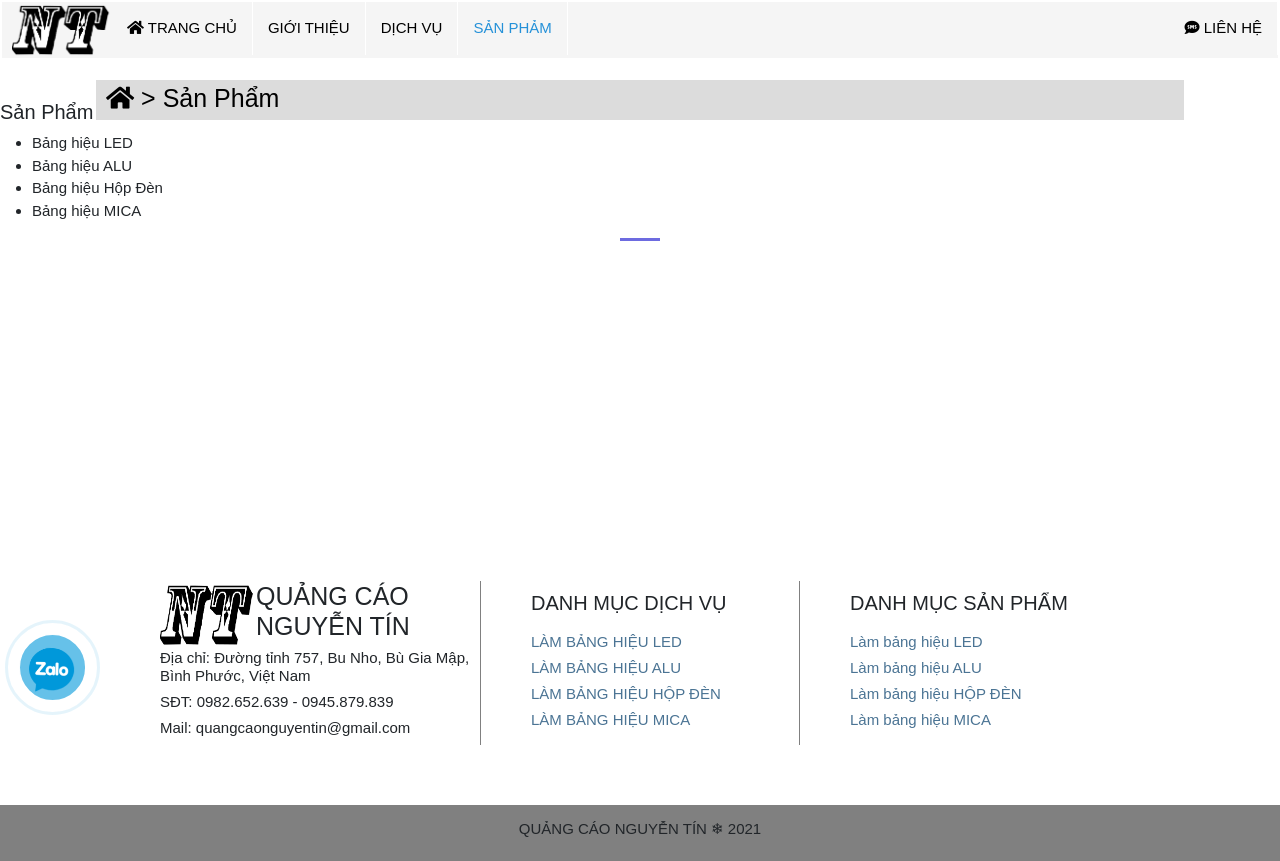
Repository: Haunguyen42193/quangcaonguyentin.github.io
Page: product.html
These files come from the project's save history. The page is drawn as it stood at one moment and after the next save; the edit follows.
The browser window is 1280 px wide. The pictures show the whole page.
Some web fonts or font styles are not loaded; a fallback is used. Some web libraries are served in a nearby version.

Above is the page before, as saved 2021-10-13 16:00:08.
Console error: ReferenceError: init is not defined

### product.html
<!DOCTYPE html>
<html lang="en">
<head>
    <meta charset="UTF-8">
    <meta http-equiv="X-UA-Compatible" content="IE=edge">
    <meta name="viewport" content="width=device-width, initial-scale=1.0">
    <meta http-equiv="refresh" content="18000"/>
    <title>Quảng Cáo Nguyễn Tín</title>
    <link rel="shotcut icon" href="images/logo2.png"/>
    <link
    rel="stylesheet"
    href="https://cdnjs.cloudflare.com/ajax/libs/animate.css/4.1.1/animate.min.css"
    />
    <!--carousel-->
    <link href="https://cdn.jsdelivr.net/npm/bootstrap@5.1.0/dist/css/bootstrap.min.css" rel="stylesheet" integrity="sha384-KyZXEAg3QhqLMpG8r+8fhAXLRk2vvoC2f3B09zVXn8CA5QIVfZOJ3BCsw2P0p/We" crossorigin="anonymous">
    <!--font awesome-->
    <link rel="stylesheet" href="https://pro.fontawesome.com/releases/v5.10.0/css/all.css" integrity="sha384-AYmEC3Yw5cVb3ZcuHtOA93w35dYTsvhLPVnYs9eStHfGJvOvKxVfELGroGkvsg+p" crossorigin="anonymous"/>
    <!--css-->
    <link rel="stylesheet" href="CSS/styleproduct.css"/>
    <!--font chữ-->
    <link rel="preconnect" href="https://fonts.googleapis.com">
    <link rel="preconnect" href="https://fonts.gstatic.com" crossorigin>
    <link href="https://fonts.googleapis.com/css2?family=K2D:wght@600&display=swap" rel="stylesheet">
    <!-- JavaScript Bundle with Popper -->
    <script src="https://cdn.jsdelivr.net/npm/bootstrap@5.1.0/dist/js/bootstrap.bundle.min.js" integrity="sha384-U1DAWAznBHeqEIlVSCgzq+c9gqGAJn5c/t99JyeKa9xxaYpSvHU5awsuZVVFIhvj" crossorigin="anonymous"></script>
    <!--Jquery-->
    <script src="Js/jquery-3.6.0.min.js"></script>
    <!--wowjs-->
    <script src="https://cdnjs.cloudflare.com/ajax/libs/wow/1.1.2/wow.min.js" integrity="sha512-Eak/29OTpb36LLo2r47IpVzPBLXnAMPAVypbSZiZ4Qkf8p/7S/XRG5xp7OKWPPYfJT6metI+IORkR5G8F900+g==" crossorigin="anonymous" referrerpolicy="no-referrer"></script>

</head>
<body onload="init()">
    <script src="Js/jsproduct.js"></script>
    <!--Menu-->
    <nav class="header-menu">
        <div class="menu">
            <div class="logo">
                <a href="homepage.html"><img src="images/logo2.png" alt="bang quang cao tiem" id="logotiem"/></a>
            </div>
            <ul>
                <li><a href="homepage.html"><i class="fas fa-home"></i> TRANG CHỦ</a></li>
                <li><a href="introduce.html">GIỚI THIỆU</a></li>
                <li class="sub"><a href="service.html">DỊCH VỤ</a>
                    <ul class="menu subcontent">
                        <li><a href="service.html#tab1" rel="service.html#LED">LÀM BẢNG HIỆU LED</a></li>
                        <li><a href="service.html#tab2" rel="service.html#ALU">LÀM BẢNG HIỆU ALU</a></li>
                        <li><a href="service.html#tab3" rel="service.html#Hd">LÀM BẢNG HIỆU HỘP ĐÈN</a></li>
                        <li><a href="service.html#tab4" rel="service.html#MICA">LÀM BẢNG HIỆU MICA</a></li>
                    </ul>
                </li>
                <li class="sub"><a href="product.html" class="chose">SẢN PHẢM</a>
                    <ul class="menu subcontent">
                        <li><a href="#">BẢNG HIỆU LED</a></li>
                        <li><a href="#">BẢNG HIỆU ALU</a></li>
                        <li><a href="#">BẢNG HIỆU HỘP ĐÈN</a></li>
                        <li><a href="#">BẢNG HIỆU MICA</a></li>
                    </ul>
                </li>
                <li><a href="contact.html"><i class="fas fa-sms"></i> LIÊN HỆ</a></li>
            </ul>
        </div>
    </nav>
    <!--page-->
    <section>
        <div class="page">
            <div>
                <a href="homepage.html" title="Trang chủ"><i class="fas fa-home"></i></a>
                <span>></span>
                <span class="move">Sản Phẩm</span>
            </div>
        </div>
    </section>
    <!--go to top-->
    <section>
        <div>
            <a id="goToTop" href="javascript:;"><i class="fas fa-chevron-up" title="GO TO TOP"></i></a>
        </div>
    </section>
    <!--zalo-->
    <section >
        <div class="zalo">
            <a href="https://zalo.me/0982652639" target="_blank"><img src="images/icon-zalo1.png"/></a>
        </div>
        <div class="zalo-circle"></div>
        <div class="zalo-circle-small"></div>
    </section>

    <!--product-->
    <section class="product">
        <div class="product-menu">
            <h5>Sản Phẩm</h5>
            <ul>
                <li>Bảng hiệu LED</li>
                <li>Bảng hiệu ALU</li>
                <li>Bảng hiệu Hộp Đèn</li>
                <li>Bảng hiệu MICA</li>
            </ul>
        </div>
        <div class="line"></div>
    </section>

    <!--foot-contact-->
    <section>
        <div class="foot-contacts">
          <div class="foot-contact">
            <img src="images/logo2.png" alt="logo" class="foot-logo" />
            <h1>QUẢNG CÁO NGUYỄN TÍN</h1>
            <h2>Địa chỉ: Đường tỉnh 757, Bu Nho, Bù Gia Mập, Bình Phước, Việt Nam</h2>
            <h2>SĐT: 0982.652.639 - 0945.879.839</h2>
            <h2>Mail: quangcaonguyentin@gmail.com</h2>
          </div>
          <div class="foot-service">
            <div class="foot-service-title">
              <h1>DANH MỤC DỊCH VỤ</h1>
            </div>
            <h2><a href="service.html#tab1" rel="service.html#LED">LÀM BẢNG HIỆU LED</a></h2>
            <h2><a href="service.html#tab2" rel="service.html#ALU">LÀM BẢNG HIỆU ALU</a></h2>
            <h2><a href="service.html#tab3" rel="service.html#Hd">LÀM BẢNG HIỆU HỘP ĐÈN</a></h2>
            <h2><a href="service.html#tab4" rel="service.html#MICA">LÀM BẢNG HIỆU MICA</a></h2>
          </div>
          <div class="foot-product">
            <div class="foot-service-title">
              <h1>DANH MỤC SẢN PHẨM</h1>
            </div>
            <h2><a href="#">Làm bảng hiệu LED</a></h2>
            <h2><a href="#">Làm bảng hiệu ALU</a></h2>
            <h2><a href="#">Làm bảng hiệu HỘP ĐÈN</a></h2>
            <h2><a href="#">Làm bảng hiệu MICA</a></h2>
          </div>
        </div>
    </section>
    <!--foot-->
    <div class="web-foot">
        <h2>QUẢNG CÁO NGUYỄN TÍN &#10052 2021</h2>
    </div>
</body>
</html>

### CSS/styleproduct.css
body {
    font-family: 'K2D', sans-serif;
    font-size: 15px;
    background-color: white;
    background-repeat: no-repeat;
    background-attachment: fixed;
    /* background:linear-gradient( #F18D9E, #E6D72A, #5BC8AC, #98DBC6); */
}
/*menu*/
.header-menu{
    width:100%;
    background-color: whitesmoke;
    padding-left: 10px;
    border: 2px solid white;
    position: fixed;
    z-index:99;
    top:0;
    left:0;

}
img#logotiem{
    width:100px;
    float:left;
}
div.menu > ul{
    display:flex;
    /* justify-content: center;
    align-items: center; */
}
div.menu ul{
    list-style-type: none;
    margin: 0;
    padding:0;
    background-color: whitesmoke;
}
div.menu ul li:last-child{
    margin-left: auto;
}
.subcontent{
    display:none;
    background: linear-gradient(gray, rgb(224, 222, 222));
}
.sub:hover .subcontent{
    display: block;
    position:absolute;
    width: 230px;
}

div.menu ul li{
    margin-bottom: 0px;
    position:relative;
    border-right: 1px solid white;
}

div.menu ul li a::before{
    content: '';
     position: absolute;
     bottom: -7px;
     left: 0px;
     width: 100%;
     height: 5px;
     background-color: #0cacdd;
     border-radius: 8px 8px 0 0;
     opacity: 0;
     transition: 0.3s;
}

div.menu ul li a:hover:before{
    opacity: 1;
    bottom:0;
}
div.menu ul li a{
    text-decoration: none;
    display: block;
    padding: 15px;
}
a:link{
    color:black;
}
a:visited{
    color:black;
}
a:hover{
    background-color: rgb(37, 32, 32);
    color: #2591d8;
}
a:active{
    color:rgb(35, 23, 201);
}

.subcontent::before{
    content: " ";
    border-width: 10px;
    border-style: solid;
    border-color:transparent transparent gray transparent;
    position: absolute;
    bottom: 100%;
    left:15%;
}
.chose{
    color: #2591d8 !important;
}
/*gototop*/
#goToTop {
    position: fixed;
    font-size: 30px;
    border-radius: 50%;
    z-index: 99;
    padding: 0 10px;
    border: 2px solid red;
    color: red;
    opacity: 0.5;
    right: 10px;
    bottom: 10px;
}
/*zalo*/
.zalo{
    position: fixed;
    z-index: 999;
    left: 29px;
    bottom: 28px;
    width: 3.5%;
}
.zalo-circle{
    position: fixed;
    z-index: 998;
    left: 15px;
    bottom: 15px;
    width: 75px;
    height: 75px;
    border: 20px solid #0098da;
    border-radius: 50%;
    opacity: 0;
    animation: zalo-ring-circle 2s infinite ease-out;
}
.zalo-circle-small{
    position: fixed;
    z-index: 998;
    left: 5px;
    bottom: 5px;
    width: 95px;
    height: 95px;
    border: 3px solid #0098da;
    border-radius: 50%;
    opacity: 0;
    animation: zalo-ring-circle-small 2s infinite ease-out;
}
.zalo img{
    width: 100%;
    animation:zalo-ring 1s infinite ease-in-out;
}
.zalo > a:hover{
    background-color: transparent;
}
@keyframes zalo-ring{
    0%{
        transform:rotate(0) scale(1) skew(1deg)
    }
    10%{
        transform:rotate(-25deg) scale(1.05) skew(1deg)
    }
    20%{
        transform:rotate(25deg) scale(1) skew(1deg)
    }
    30%{
        transform:rotate(-25deg) scale(1.05) skew(1deg)
    }
    40%{
        transform:rotate(25deg) scale(1) skew(1deg)
    }
    50%{
        transform:rotate(0) scale(1) skew(1deg)
    }
    100%{
        transform:rotate(0) scale(1) skew(1deg)
    }
}
@keyframes zalo-ring-circle{
    0%{
        transform: scale(0.8); opacity: 0.6;
    }
    50%{
        transform: scale(1); opacity: 0.6;
    }
    100%{
        transform: scale(0.8); opacity: 0.6;
    }
}
@keyframes zalo-ring-circle-small{
    0%{
        transform: scale(0.8); opacity: 0.6;
    }
    50%{
        transform: scale(1); opacity: 0.3;
    }
}
/*foot contact*/
.foot-contacts {
    display: flex;
    position: relative;
    top: 400px;
    justify-content: center;
}
.foot-contacts h2{
    font-size: 15px;
}
.foot-contact {
    display: flex;
    width: 350px;
    flex-wrap: wrap;
    width: 25%;
}
.foot-logo{
    width:30%;
}
.foot-contact h1{
    width: 50%;
    font-size: 25px;
}
.foot-service{
    position: relative;
    border-right: 1px solid gray;
    width:25%;
    padding: 0 50px;
    border-left: 1px solid gray;
}
.foot-product{
    position: relative;
    width: 25%;
    padding: 0 50px;
}
.foot-service-title h1{
    font-size: 20px;
    padding-bottom: 10px;
    padding-top: 10px;
}
.foot-contacts a{
    text-decoration: none;
}
.foot-contacts a:link{
    color: #4b7494;
}
.foot-contacts a:visited{
    color: #4b7494;
}
.foot-contacts a:hover{
    color: #0c0e0f;
    background-color: white;
}
.foot-contacts a:active{
    color: #124c79;
}
/*web foot*/
.web-foot{
    background-color: gray;
    position: relative;
    top: 400px;
    padding: 15px;
    margin-top: 60px;
}
.web-foot > h2{
    text-align: center;
    font-size: 15px;
}
/*page*/
.page{
    color: black;
    position: relative;
    top: 80px;
    width: 85%;
    margin: auto;
    height: 40px;
    background-color: gainsboro;
    font-size: 25px;
}
.page div{
    padding-left: 10px;
}
.page a:hover{
    background-color: transparent;
    color: black;
}
.line{
    height: 3px;
    background-color: rgb(109, 107, 224);
    width: 40px;
    margin: 0 auto;
}
/*product*/
.product{
    position: relative;
    top: 60px;
}

### Js/jsproduct.js
$(document).ready(function() {
    wow = new WOW({
        boxClass:     'wow',      // default
        animateClass: 'animate__animated', // default
        offset:       0,          // default
        mobile:       true,       // default
        live:         true        // default
    })
    wow.init();
    $("#goToTop").hide()
    $(window).scroll(function() {

        if($(this).scrollTop() >= 90){
            $("#goToTop").show("slow");
        }
        else{
            $("#goToTop").hide("slow");
        }
    })
    $("#goToTop").click(function() {
        $("html, body").animate({
            scrollTop: 0
        }, 1000);
    })
})

Loaded but not shown: Js/jquery-3.6.0.min.js (library)

After the next save:
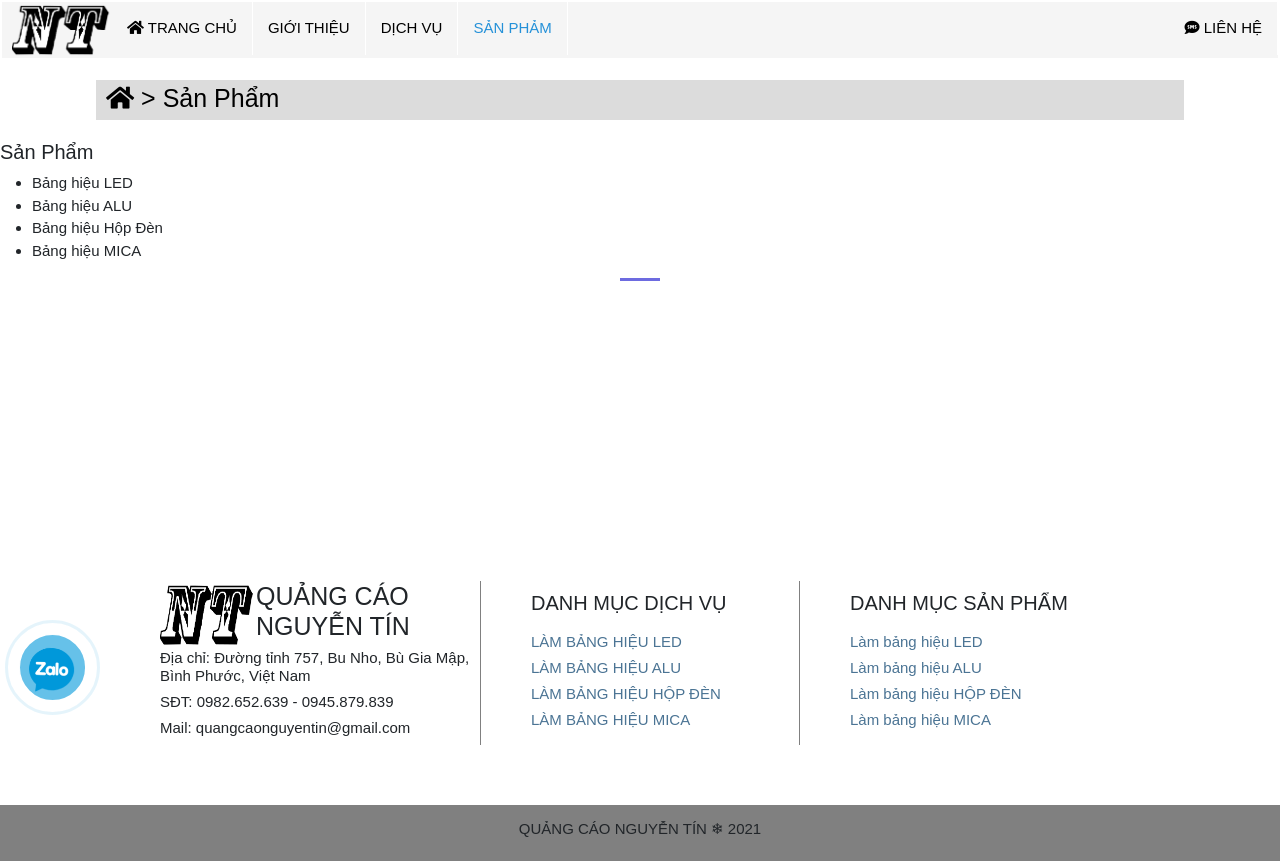
Saved 6 s later.
--- a/CSS/styleproduct.css
+++ b/CSS/styleproduct.css
@@ -289,5 +289,5 @@ a:active{
 /*product*/
 .product{
     position: relative;
-    top: 60px;
-}
+    top: 100px;
+}
